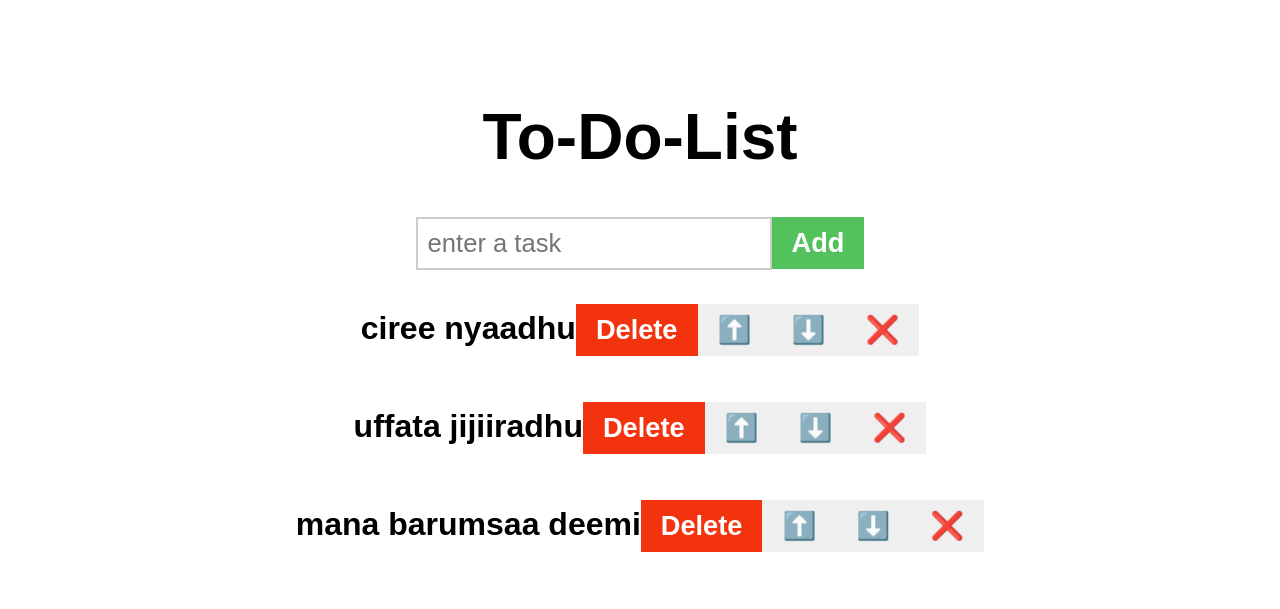
Repository: wakoya-tech/to-do-list-app
Page: /
These files come from the project's save history. The page is drawn as it stood at one moment and after the next save; the edit follows.
The browser window is 1280 px wide. The pictures show the whole page.
The project was rebuilt for these pictures with package versions that can differ from the ones it lists, and the page was loaded fresh each time. Also part of the build but not shown: vite.config.js, src/App.css.

Above is the page before, as saved 2025-10-16 16:55:32.

### src/App.jsx
import { useState } from 'react'
import './App.css'
import ToDoList from './ToDoList.jsx'
function App() {
 return(<>

 <ToDoList/>
 </>)
}

export default App

### src/index.css
.to-do-list{
  font-family: Arial, Helvetica, sans-serif;
  text-align: center;
  margin-top: 100px;

}
h1{
  font-size: 4rem;
}
button{
  font-size: 1.7rem;
  font-weight: bold;
  padding: 10px 20px;
  color: white;
  border: none;
  cursor: pointer;
  transition: background-color 0.5 ease;
}
.add-button
{
background-color: hsl(125,47%,54%);
}
.add-button:hover{
  background-color: hsl(124, 82%, 13%);
}
.delete-button{
  background-color: hsl(10,90%,50%);
}
.delete-button:hover{
  background-color: hsl(10, 85%, 28%);
}
input[type="text"]{
  font-size: 1.6rem;
  padding: 10px;
  border: 2px solid hsla(0, 0%, 80%, 0.959);
}
ol{
  padding: 0;

}
li{
  font-size: 2rem;
  font-weight: bold;
  padding: 15px;
  background-color: rgb(255, 255, 255);
  margin-bottom: 10px;
  border: 3px solid hsla(0, 0%, 100%, 0.726);
  border-radius: 5px;
  display: flex;
  align-items: center;
}
.text{
  flex-grow: 1;
  flex-shrink: 1;
  flex-basis: 0%;
}

### src/ToDoList.jsx
import React,{useState} from 'react'

function ToDoList() {
    const [tasks,setTasks]=useState(["ciree nyaadhu","uffata jijiiradhu","mana barumsaa deemi"])
    const [newTask,setNewTask]=useState("");
    function handleInputChange(e){
      setNewTask(e.target.value)
    }
    function addTask(){

    }
    function deleteTask(index){

    }
    function moveTaskUp(index){

    }
    function moveTaskDown(index){

    }
  return (
    <div className='to-do-list'>
<h1>To-Do-List</h1>
<div>
    <input type="text" placeholder='enter a task'
    value={newTask} onChange={handleInputChange}/>
 <button className='add-button' onClick={addTask}>Add </button>
</div>
<ol>
    {tasks.map((task,index)=><li key={index}>
    <span className='text'>
        {task}
    <button className='delete-button' onChange={deleteTask}>Delete</button>
    <button className='move-up-button'onClick={moveTaskUp}>⬆️</button>
    <button className='move-down-button'onClick={moveTaskDown}>⬇️</button>
    <button onClick={() => deleteTask(index)}>❌</button>
    </span>
    </li>)}
</ol>
    </div>
  )
}

export default ToDoList

Loaded but not shown: index.html (common file); src/main.jsx (common file)

After the next save:
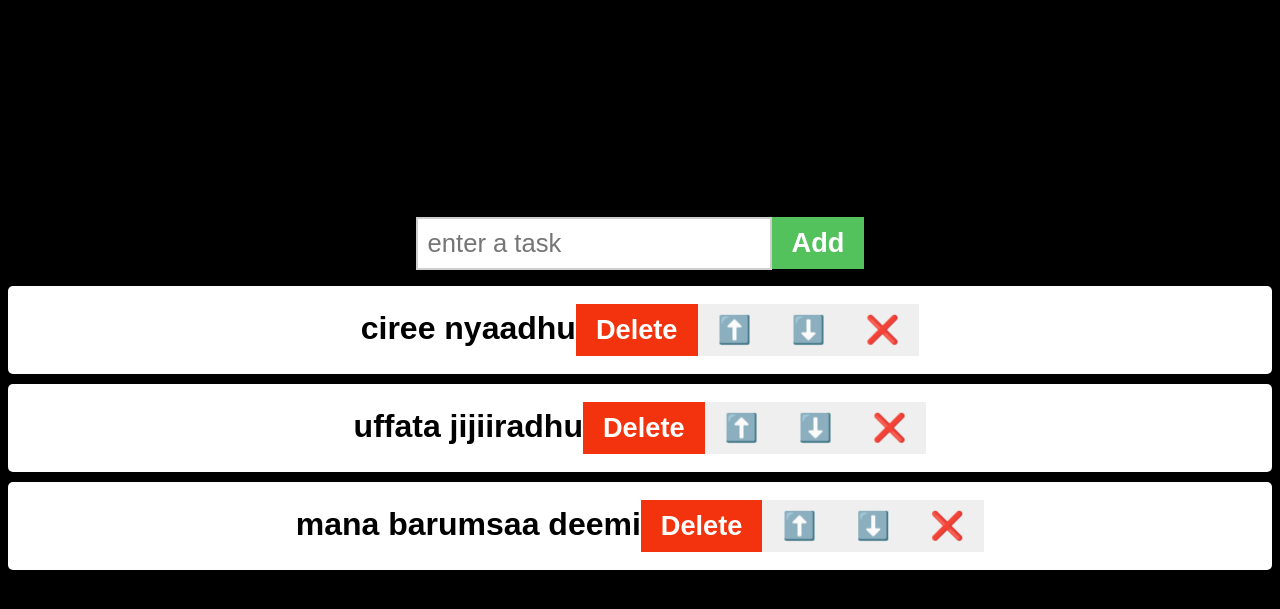
Saved 82 s later.
--- a/src/index.css
+++ b/src/index.css
@@ -1,3 +1,6 @@
+body{
+  background-color: black;
+}
 .to-do-list{
   font-family: Arial, Helvetica, sans-serif;
   text-align: center;
@@ -51,6 +54,8 @@ li{
 }
 .text{
   flex-grow: 1;
-  flex-shrink: 1;
-  flex-basis: 0%;
+
 }
+.delete-button, .move-button {
+
+}
